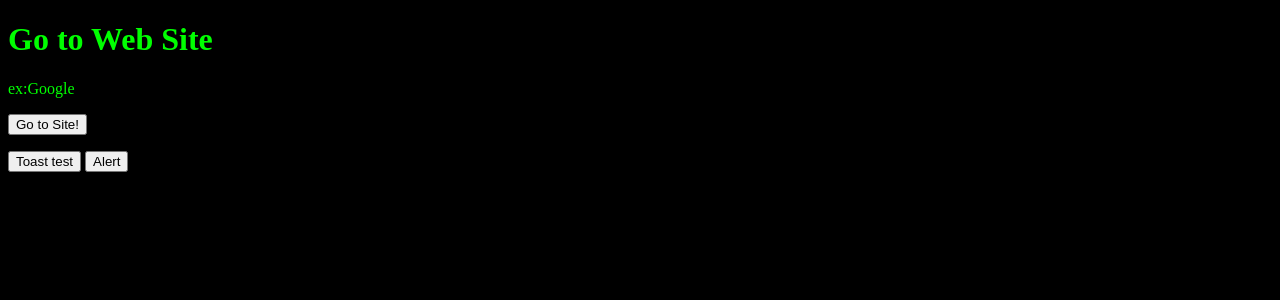
Repository: kenshiryu7/mdv-projects
Page: MDF3/project_4/Project4/assets/index.html
An editor plug-in stored every save of this project. The page is shown before and after the next save, followed by the edit.
The browser window is 1280 px wide. The pictures show the whole page.

Above is the page before, as saved 2013-02-28 18:24:34.

After the next save:
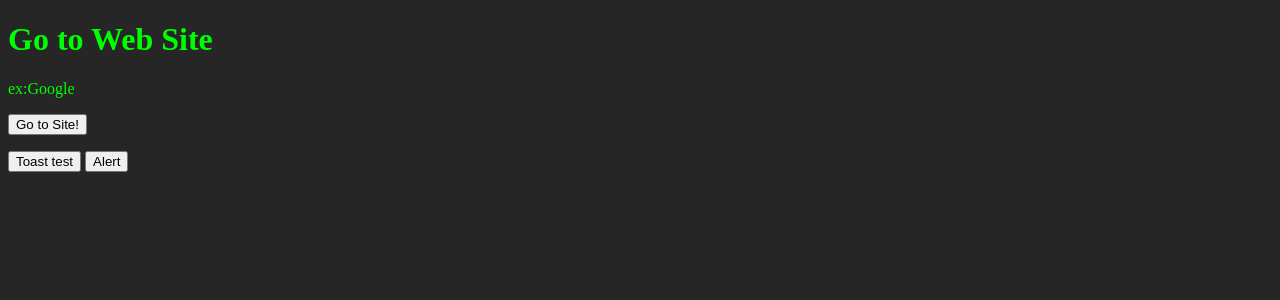
Saved 108 s later.
--- a/MDF3/project_4/Project4/assets/index.html
+++ b/MDF3/project_4/Project4/assets/index.html
@@ -50,6 +50,6 @@
 		<style type ="text/css">
 			body{
 				color:#00FF00;
-				background-color:#000000;
+				background-color:#262626;
 		</style>
 </html>
